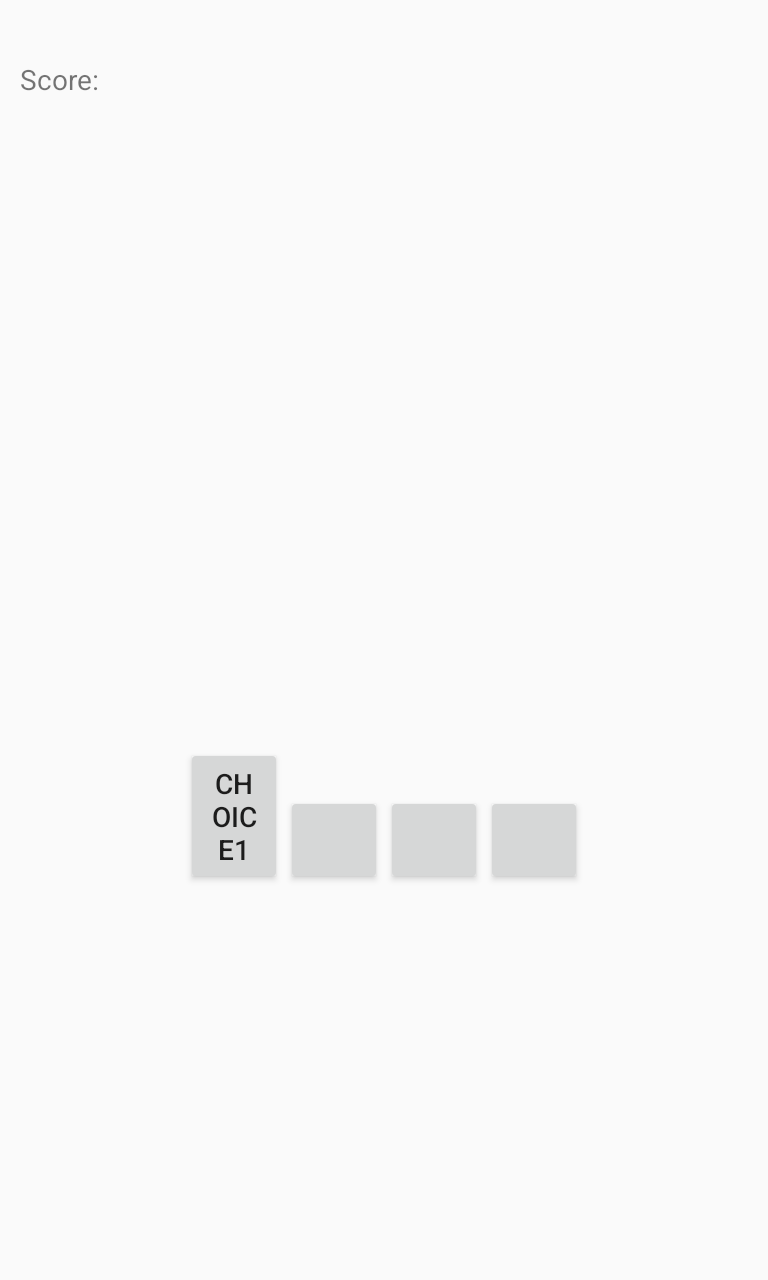
Repository: JoanneCaroll/Mathbomb
Layout: MathBomb/res/layout/activity_startgame.xml
An editor plug-in stored every save of this project. The layout is shown before and after the next save, followed by the edit.
It is drawn on a 768 x 1280 px phone screen (xhdpi) without system bars, with theme AppTheme; the app's code is not run.

Above is the layout before, as saved 2014-11-05 06:03:17.

### MathBomb/res/layout/activity_startgame.xml
<LinearLayout xmlns:android="http://schemas.android.com/apk/res/android"
    android:layout_gravity="center"
    android:orientation="vertical"
    android:layout_width="match_parent"
    android:layout_height="match_parent">

	<LinearLayout
	    android:orientation="horizontal"
	    android:layout_width="wrap_content"
	    android:layout_height="wrap_content"
	    android:gravity="left">

	    <TextView
	        android:padding="10dp"
	        android:id="@+id/score"
	        android:layout_width="wrap_content"
	        android:layout_height="wrap_content"
	        android:text="@string/score"/>

	    <TextView
	        android:padding="30dp"
	        android:id="@+id/showscore"
	        android:layout_width="wrap_content"
	        android:layout_height="wrap_content"/>

<!-- 	    <TextView -->
<!-- 	        android:id="@+id/check" -->
<!-- 	        android:layout_width="wrap_content" -->
<!-- 	        android:layout_height="wrap_content" -->
<!-- 	        android:text="check"/> -->
	</LinearLayout>

    <RelativeLayout
            android:gravity="center"
            android:layout_width="match_parent"
            android:layout_height="wrap_content"
            android:padding="10dp">

	     <TextView
		    android:id="@+id/integer1"
		    android:layout_width="wrap_content"
		    android:layout_height="wrap_content"
		    android:padding="5dp"
		    android:textSize="50dp"
		    />

		 <TextView
		    android:layout_toRightOf="@id/integer1"
		    android:id="@+id/operator"
		    android:layout_width="wrap_content"
		    android:layout_height="wrap_content"
		    android:padding="5dp"
		    android:textSize="50dp" />

		 <TextView
		    android:layout_toRightOf="@id/operator"
		    android:id="@+id/integer2"
		    android:layout_width="wrap_content"
		    android:layout_height="wrap_content"
		    android:padding="5dp"
		    android:textSize="50dp" />

    </RelativeLayout>

	<RelativeLayout
	        android:layout_width="match_parent"
	        android:layout_height="wrap_content"
	        android:gravity="center">

		    <Button
		        android:layout_alignParentBottom="true"
		        android:id="@+id/choice1"
		        android:layout_width="50dp"
		        android:layout_height="wrap_content"
		        android:text="choice1"/>

		    <Button
		        android:layout_alignParentBottom="true"
		        android:id="@+id/choice2"
		        android:layout_toRightOf="@id/choice1"
		        android:layout_width="50dp"
		        android:layout_height="wrap_content"/>

		    <Button
		        android:layout_alignParentBottom="true"
		        android:id="@+id/choice3"
		        android:layout_toRightOf="@id/choice2"
		        android:layout_width="50dp"
		        android:layout_height="wrap_content"/>

		     <Button
		        android:layout_alignParentBottom="true"
		        android:id="@+id/choice4"
		        android:layout_toRightOf="@id/choice3"
		        android:layout_width="50dp"
		        android:layout_height="wrap_content"/>

  		 </RelativeLayout>


</LinearLayout>

### MathBomb/res/values/strings.xml
<?xml version="1.0" encoding="utf-8"?>
<resources>

    <string name="app_name">MathBomb</string>
    <string name="action_settings">Settings</string>
    <string name="score">Score: </string>

</resources>

Loaded but not shown: MathBomb/res/values/styles.xml (common file); MathBomb/res/values-v11/styles.xml (common file); MathBomb/res/values-v14/styles.xml (common file)

After the next save:
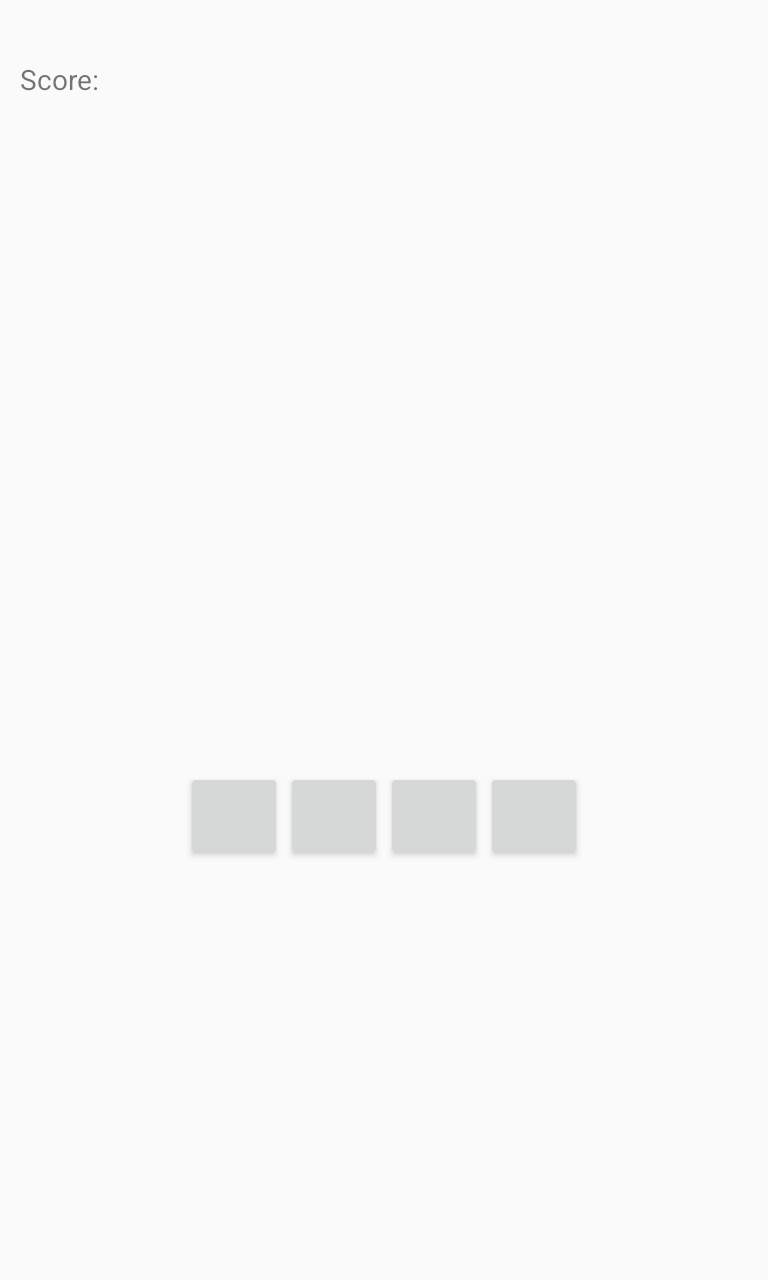
Saved 3 min 52 s later.
--- a/MathBomb/res/layout/activity_startgame.xml
+++ b/MathBomb/res/layout/activity_startgame.xml
@@ -72,7 +72,7 @@
 		        android:id="@+id/choice1"
 		        android:layout_width="50dp"
 		        android:layout_height="wrap_content"
-		        android:text="choice1"/>
+		       />
 
 		    <Button
 		        android:layout_alignParentBottom="true"
